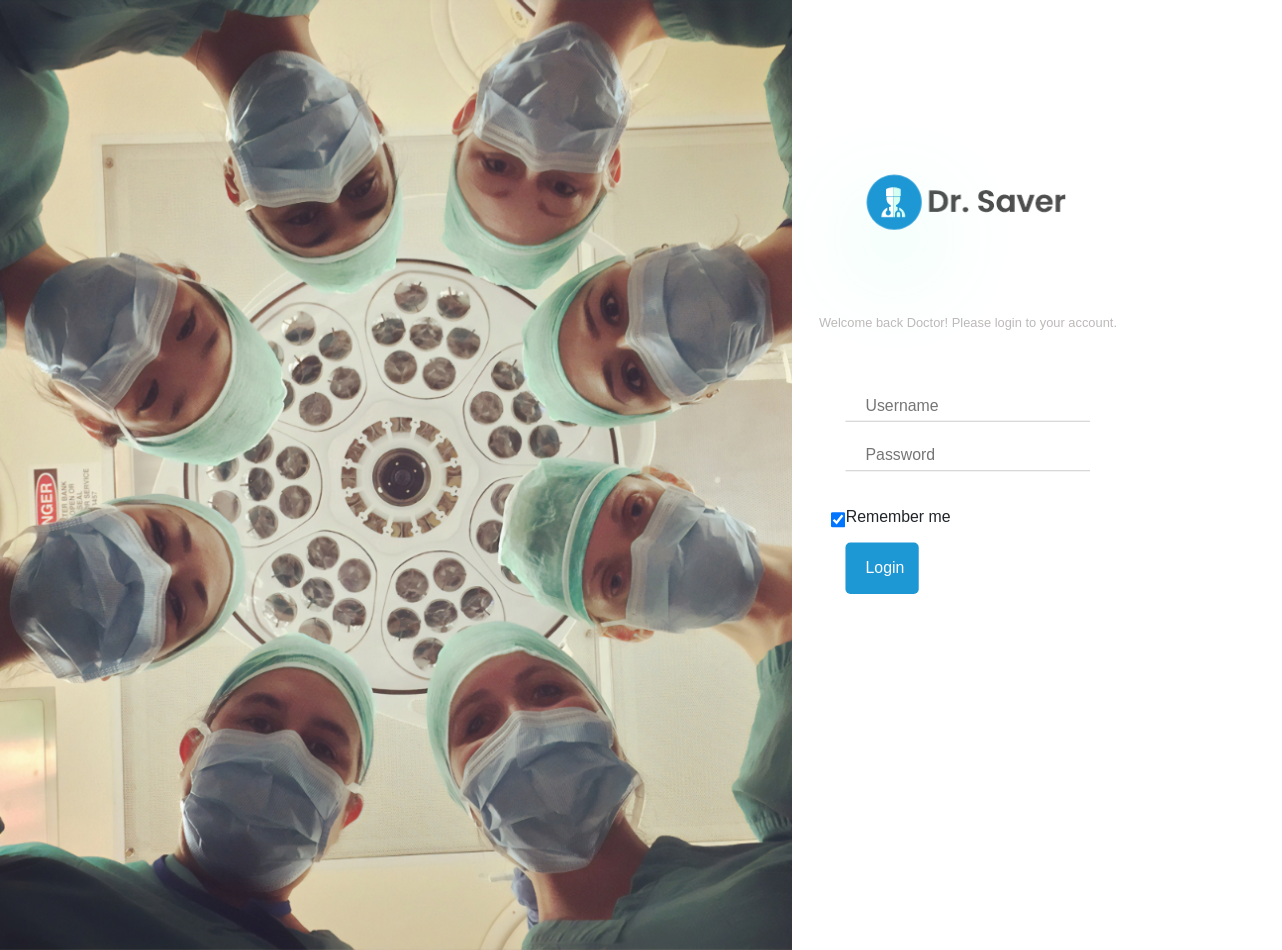
Repository: nsra/hadeel_doctor_system
Page: doctor/Dlogin.html
An editor plug-in stored every save of this project. The page is shown before and after the next save, followed by the edit.
The browser window is 1280 px wide. The page is 1295 px wide, so the pictures cover 1295 px, including what lies to the right of the window. The pictures show the whole page, at 99% of full size.
Some web fonts or font styles are not loaded; a fallback is used. Some web libraries are served in a nearby version.

Above is the page before, as saved 2022-03-29 17:02:10.

### doctor/Dlogin.html
<!DOCTYPE html>
<html lang="en">
<head>
    <meta charset="UTF-8">
    <meta http-equiv="content-type" content="text/html; charset=UTF-8">
    <title>DrSaver</title>
    <link rel="shortcut icon" href="../assets/img/doctor.png" type="image/x-icon">
    <link rel="stylesheet" href="https://maxcdn.bootstrapcdn.com/bootstrap/4.0.0/css/bootstrap.min.css" integrity="sha384-Gn5384xqQ1aoWXA+058RXPxPg6fy4IWvTNh0E263XmFcJlSAwiGgFAW/dAiS6JXm" crossorigin="anonymous">
    <link rel="stylesheet" href="https://pro.fontawesome.com/releases/v5.10.0/css/all.css" integrity="sha384-AYmEC3Yw5cVb3ZcuHtOA93w35dYTsvhLPVnYs9eStHfGJvOvKxVfELGroGkvsg+p" crossorigin="anonymous"/>
    <link rel="stylesheet" href="../assets/css/style.css" type="text/css">
    <link rel="preconnect" href="https://fonts.gstatic.com">
    <link href="https://fonts.googleapis.com/css2?family=Tajawal:wght@700&display=swap" rel="stylesheet">
    <meta name="viewport" content="width=device-width, initial-scale=1, shrink-to-fit=no">
</head>
<body>
<section class="loginSection">
    <div class="row window-full">
        <div class="hero col-6 float-right ">
           <img  src="../assets/img/dlogin.png"></img>

        </div>
        <div class="col-6 float-left text-center">
            <img class="fleft" src="../assets/img/log1.png"></img>
            <div class="fright pd-y">

              <br>
           <p  class="pcol">Welcome back Doctor! Please login to your account.</p>

          <form action="action_page.php" method="post">


              <input type="text" placeholder="Username" name="uname" required>


              <input type="password" placeholder="Password" name="psw" required>
          <br>
            <div class="row">
                           <input type="checkbox" checked="checked" style="width:15px;" name="remember">Remember me

            </div>
              <button type="submit" style="width: 30%;">Login</button>


          </form>
        </div>
      </div>
    </div>
</section>

<script src="https://ajax.googleapis.com/ajax/libs/jquery/3.5.1/jquery.min.js"></script>
<!-- Popper.JS -->
<script src="https://cdnjs.cloudflare.com/ajax/libs/popper.js/1.14.0/umd/popper.min.js" integrity="sha384-cs/chFZiN24E4KMATLdqdvsezGxaGsi4hLGOzlXwp5UZB1LY//20VyM2taTB4QvJ" crossorigin="anonymous"></script>
<!-- Bootstrap JS -->
<script src="https://stackpath.bootstrapcdn.com/bootstrap/4.1.0/js/bootstrap.min.js" integrity="sha384-uefMccjFJAIv6A+rW+L4AHf99KvxDjWSu1z9VI8SKNVmz4sk7buKt/6v9KI65qnm" crossorigin="anonymous"></script>
<script src="assets/js/scripts.js"></script>

</body>
</html>

### assets/css/style.css
 /*common*/


.overlay{
    position:absolute;
    width:  100%;
    height: 100%;
    top: 0;
    left: 0;
    background-color: rgba(3, 3, 3, 0.7);
}
.hover-opacity{
    transition: opacity .5s;
}
.hover-opacity:hover{
opacity: 0.8;
}

/*general css*/
:root{
    --maincolor:#6195ff;
}
*{
    margin: 0;
    padding: 0;
    box-sizing: border-box;
}
ul{
    list-style: none;
}
.container{
    width: 80%;

    margin: auto;/*elment in the center*/
}
body{
    font-family: 'Varela Round', sans-serif;
}
.clear{
    clear: both;
}
h1,h2,h3,h4,h5,h6{
    font-family: montserrat,sans-serif;
}
button{
    font-family: inherit;
}
a{
    text-decoration: none;
}
.pd-y{
    padding: 100px 0;
}
.section-header{
    text-align: center;
    margin-bottom: 20px;
}
.section-header .section-title{
    font-size: 35px;
    text-transform: capitalize;
    margin-bottom: 10px;
}
.section-header .line{
display: block;
height: 5px;
width: 60px;
margin: 0 auto 70px auto;
background-color: var(--maincolor);
}

.ltr-effect,.tb-effect{
    position: relative;
}
.ltr-effect::after,.tb-effect::after{
position: absolute;
content: "";
top: 0;
right: 0;
left: 0;
bottom: 0;
background: #333;
z-index:-1 ;

}
.ltr-effect:hover::after{
width: 100%;
}
.ltr-effect::after{
    width: 0;
    transition: width 0.5s;
}
.tb-effect::after{
 height: 0;
 transition: height 0.5s;

}
.tb-effect:hover::after{
height: 100%;
}
/* header*/
.header{
    position:fixed;
    width: 100%;
    z-index: 15;
    height: 10%;
  }

 b{
     color: #ffff;

 }
.header .logo{
    width: 50%;
  float: left;
 }
.header .logo img{
    width: 120px;
    margin-left: 20px;
   }
.header .nav{
    width: 50%;
     float: left;
    list-style: none;
    text-align: right;
}
.header .nav > li{
    display: inline-block;

    text-align: right;
}
.header .nav > li > a{
    color: #fff;
    font-size: 15px;

    display: block;
    padding: 30px 15px;
}

.header .nav > li > a.active:after{
content: "";
display: block;
margin-top: 2px;
height: 3px;
background-color: #6195ff;
transition: width 0.5s;

}
.header .nav > li > a.active:after{
    width: 100%;
}

.header .nav > li > a:after{
width: 0;
}
.header .nav > li > a:hover::after{
    width: 100%;
    }
    .dropdown{
        position: relative;
    }
    .dropdown-menu{
        position: absolute;
        background: #6195ff;
        width: 150px;
        text-align: right;
        left: -50%;
        top: 70%;
        opacity: 0;
        visibility: hidden;
        transition: opacity 0.5s;
    }
    .dropdown-menu a{
        color:#fff;
        display: block;
        padding: 10px;

    }
    .dropdown:hover .dropdown-menu{
        opacity: 1;
        visibility:visible;
    }
/*Home section*/
.home{
    height: 100vh;
    background-image: url(../img/background.png);
    background-size: cover;
    position: relative;
}
.home-content{
    position: absolute;
    width: 65%;
    top: 50%;
    left: 50%;
    transform: translate(-50%,-50%);
    text-align: left;
}
.home .title{

margin: 20px 0;
color: var(--maincolor);
letter-spacing: 2px;
line-height: 1.5;
}
.home .home-desc{
    color: #fff;
    font-size: 3.5rem;
    text-transform: uppercase;
}
.home .btn{
    max-width: 150px;
    padding: 15px 0;
    border-radius: 5px;
    border: 0;
    cursor: pointer;
    font-size: 18px;
}

.home .btn-learn{
    background-color: #6195ff;
    color:#fff;

}

nav{
    font-size: 18px;
}
.navbar-light .navbar-brand{
    font-size: 32px;
 }

.navbar-light .navbar-nav .nav-link{
    color: black;
}

 #cplue{
     color:#1E97D5 ;
 }
 .bplue{
background-color: #dce0e4;
 color: #1E97D5;
 }
 .fleft{
     position: relative;
     margin-top: 11%;
    margin-right: 20%;
 }
 .fright{
     position:absolute;
     right:25%;
     top: 20%;
 }
 .pcol{
     color: rgb(189, 185, 185);
     font-size: small;
 }

/*About section*/

.about-content{
    overflow: hidden;
}
.about-item{
     width: 30%;
    float: left;
text-align: center;
border: 1px solid #e8e8e8;
padding: 50px 20px;
}

.about-item.mg{
    margin: 0 5%;
}
.about-item:hover .about-item-title{
    color: #fff;
}
.about-item .icon{
    color: #6195ff;
    margin-bottom: 10px;
}
.about-item-title{
    text-transform: capitalize;
    margin-bottom: 10px;
    transition: color 0.5s;
}
.about-item-desc{
    line-height: 1.6;
    margin-bottom: 10px;
    color:#999 ;
}
.about-item-link{
color: #6195ff;
text-transform: capitalize;
}

/*number section*/
.numbers{
    position: relative;
    background-image: url(../img/background.png);
    background-size: cover;
    background-attachment: fixed;
    height: 300px;
}
.numbers-item{
    overflow: hidden;

}
.number-item{
width: 25%;
float: left;
text-align: center;
}
.number-item .icon{
    color: #6195ff;
    margin-bottom: 15px;
}
.number-item-title{
    font-weight: bold;
    font-size: 30px;
    color: #fff;

}
.number-item-text{
    color: #fff;
}

/*Blog page*/
.blog{
    background: #f9f9f9;
}

.blog-content{
    overflow: hidden;
}
.blog-item{
    width: 30%;
    float: left;
    background: #fff;
}
.blog-item-img img{
width: 100%;
}

.blog-info{
    padding: 20px;
}

.blog-list{
    list-style: none;
    margin: 20px 0;
}
.blog-list li{
    display: inline-block;
    margin: 0 5px;
}

.blog-list li i{
    color: #6195ff;
}
.blog-title{
    font-weight: bold;
    margin: 20px 0;
}
.blog-desc{
    color: #999;
    margin-bottom: 10px;
    line-height: 1.5;
 }
.blog-link{
    color: #6195ff;
}
.blog-item.mg{
    margin: 0 5%;
}

/*contact section*/

/*footer section*/
.footer{
    background: #1c1d23;
    text-align: center;
    padding: 60px 0;
}
.footer-links{
    list-style: none;
    margin: 20px 0;
}
.footer-links li{
    display: inline-block;

}
.footer-links li a{
    display: block;
    width: 50px;
    height: 50px;
    background: #6195ff;
    color: #fff;
    margin: 0 5px;
    border-radius: 50%;
}
.footer-links li a i{
    line-height: 50px;
}

.footer .copyright{
    color: #999;
    font-size: 15px;
    text-transform: uppercase;
}

 /********login******/


  /* Full-width inputs */
  input[type=text], input[type=password] ,input[type=email],input[type=number],input[type=date],input[type=submit]{
    width: 100%;
    padding: 12px 20px;
    margin: 10px 0 ;

    display:flex;
    border: none;
    border-bottom: 1px solid #ccc;

  }

  /* Set a style for all buttons */
  button {
    background-color: #1E97D5;
    color: white;
    padding: 14px 20px;
    margin: 8px 0;
    border: none;
    cursor: pointer;
    width: 40%;

    border-radius: 5px;
  }
  .but{
    padding-top: 10%;
  margin-left: 10%;

    align-items: center;
  }
  /* Add a hover effect for buttons */
  button:hover {
    opacity: 0.8;
  }



  /* Add padding to containers */
  .container {
    padding: 16px;

  }

  .psw{
      margin-left: 60px;
  }
  .signbtn{
      color: #000;
      background-color: #fff;
      border: 1px solid #1E97D5;
  }
  .signbtn:hover{
    background-color: #1E97D5;
    opacity: 0.8;
  }
  .fname{
    position: relative;
  margin-right: 10%;
  }
  .lname {
    position: absolute;
    top: 20%;
    left: 50%;
  }

  /* Change styles for span and cancel button on extra small screens */
  @media screen and (max-width: 300px) {
    span.psw {
      display: block;
      float: none;
    }
    .cancelbtn {
      width: 100%;
    }
  }

.rate{
    margin: 10px;
    float: left;
    background: #eeeeee;
    border-radius: 30px;
}
.rate i{
    color: #ffdb00;
}

.footer {
    display: flex;
    flex-flow: row wrap;
    padding: 30px 30px 20px 30px;
    color: #2f2f2f;
    background-color: #fff;
    border-top: 1px solid #e5e5e5;
  }

  .footer > * {
    flex:  1 100%;
  }

  .footer__addr {
    margin-right: 1.25em;
    margin-bottom: 2em;
  }

  .footer__logo {
    font-family: 'Pacifico', cursive;
    font-weight: 400;
    text-transform: lowercase;
    font-size: 1.5rem;
  }

  .footer__addr h2 {
    margin-top: 1.3em;
    font-size: 15px;
    font-weight: 400;
  }

  .nav__title {
    font-weight: 400;
    font-size: 15px;
  }

  .footer address {
    font-style: normal;
    color: #999;
  }

  .footer__btn {
    display: flex;
    align-items: center;
    justify-content: center;
    height: 36px;
    max-width: max-content;
    background-color: rgb(33, 33, 33, 0.07);
    border-radius: 100px;
    color: #2f2f2f;
    line-height: 0;
    margin: 0.6em 0;
    font-size: 1rem;
    padding: 0 1.3em;
  }

  .footer ul {
    list-style: none;
    padding-left: 0;
  }

  .footer li {
    line-height: 2em;
  }

  .footer a {
    text-decoration: none;
  }

  .footer__nav {
    display: flex;
      flex-flow: row wrap;
  }

  .footer__nav > * {
    flex: 1 50%;
    margin-right: 1.25em;
  }

  .nav__ul a {
    color: #999;
  }

  .nav__ul--extra {
    column-count: 2;
    column-gap: 1.25em;
  }

  .legal {
    display: flex;
    flex-wrap: wrap;
    color: #999;
  }

  .legal__links {
    display: flex;
    align-items: center;
  }

.social{
    padding-top: 50px;
    margin-left: 700px;

}
.socialItem{
   color: #1E97D5;
    border-radius: 50%;
    line-height: 2;
    margin: 15px;
}
.socialItem:hover{
    background: #6db4e4;
    border:  2px white;

}
  .heart {
    color: #2f2f2f;
  }

  @media screen and (min-width: 24.375em) {
    .legal .legal__links {
      margin-left: auto;
    }
  }

  @media screen and (min-width: 40.375em) {
    .footer__nav > * {
      flex: 1;
    }

    .nav__item--extra {
      flex-grow: 2;
    }

    .footer__addr {
      flex: 1 0px;
    }

    .footer__nav {
      flex: 2 0px;
    }
  }
/******** about page ***********/
.heroSection img{
    border-radius: 30px;
}
/******** Pprofile page ***********/

.sidebar {
  margin: 0;
  margin-left: 10%;
  padding: 0;
  width: 30%;
  text-align: center;
  position: absolute;
  height: 100%;
  overflow: auto;

}
 .sidebar a {
  display: block;
  color: black;
  padding: 16px;
  text-decoration: none;
}

@media screen and (max-width: 700px) {
  .sidebar {
    width: 100%;
    height: auto;
    position: relative;
  }
  .sidebar a {float: left;}
  div.content {margin-left: 0;}
}

@media screen and (max-width: 400px) {
  .sidebar a {
    text-align: center;
    float: none;
  }
}


.card{
  width: 95%;
 }

.update{

border: none;
margin-left: 100px;
color: white;
padding: 15px 32px;
text-align: center;
text-decoration: none;
display: inline-block;
font-size: 16px;
}

 ul{
  list-style-type: none;
 }

 input,select{
  height: 30px;
  border:none;
  border-bottom: 1px solid gray;
  outline: none;
 width: 100%;

}
.staryel{
     color: yellow;
 }
form{
display: flex;

width: 100%;
height: 90%;
margin-top:20px;
padding:30px;
display: flex;

flex-direction: column;
justify-content: space-around;
border-radius: 5px;

}

### assets/js/scripts.js
$("#profileImage").click(function(e) {
    $("#imageUpload").click();
});
/****** 100 vh section **********/
var elements = document.getElementsByClassName('window-full');
var windowheight = window.innerHeight + "px";

fullheight(elements);
function fullheight(elements) {
    for(let el in elements){
        if(elements.hasOwnProperty(el)){
            elements[el].style.height = windowheight;
        }
    }
}

window.onresize = function(event){
    fullheight(elements);
}

After the next save:
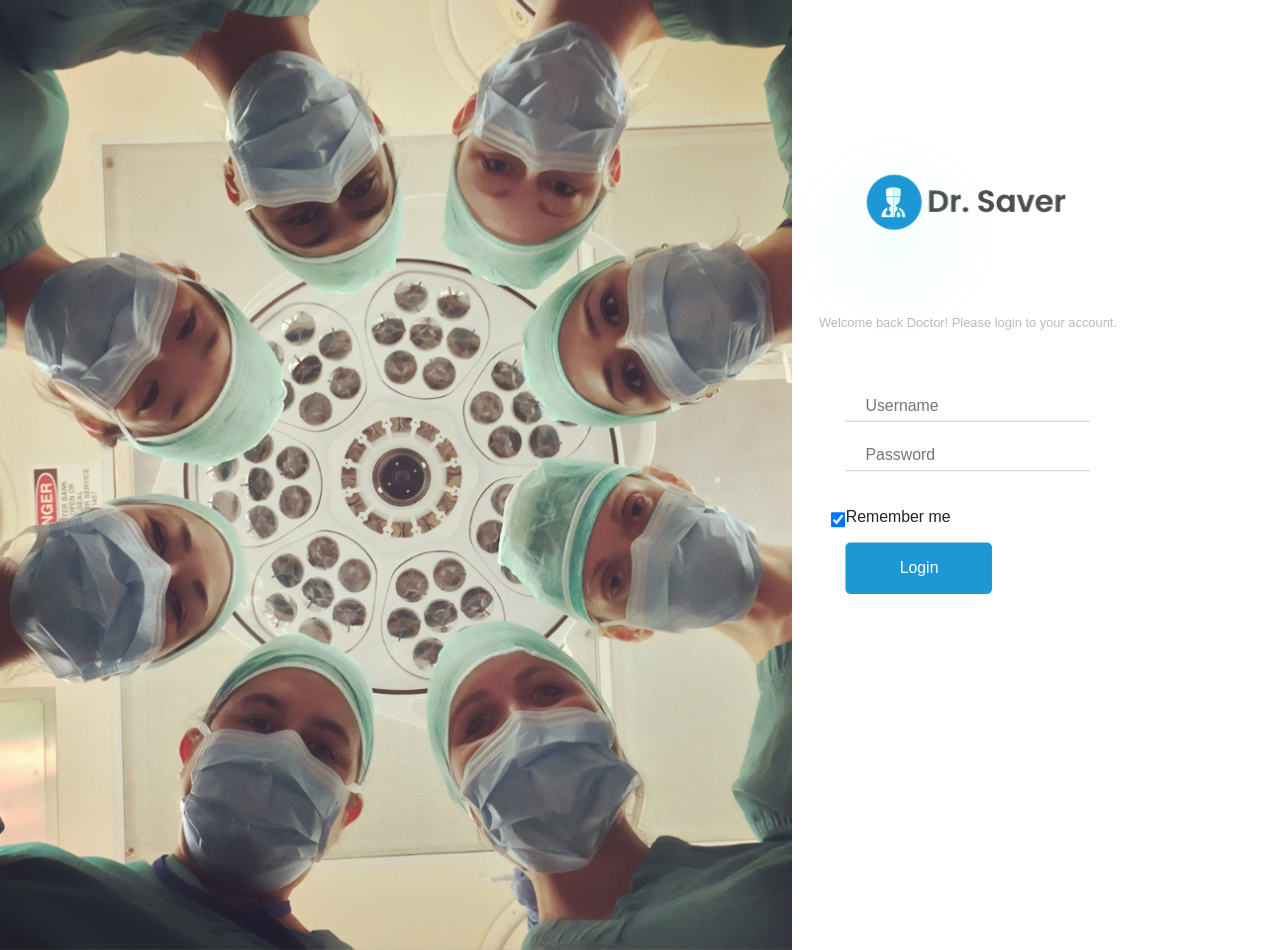
Saved 5 s later.
--- a/doctor/Dlogin.html
+++ b/doctor/Dlogin.html
@@ -38,7 +38,7 @@
                            <input type="checkbox" checked="checked" style="width:15px;" name="remember">Remember me
 
             </div>
-              <button type="submit" style="width: 30%;">Login</button>
+              <button type="submit" style="width: 60%;">Login</button>
 
 
           </form>
